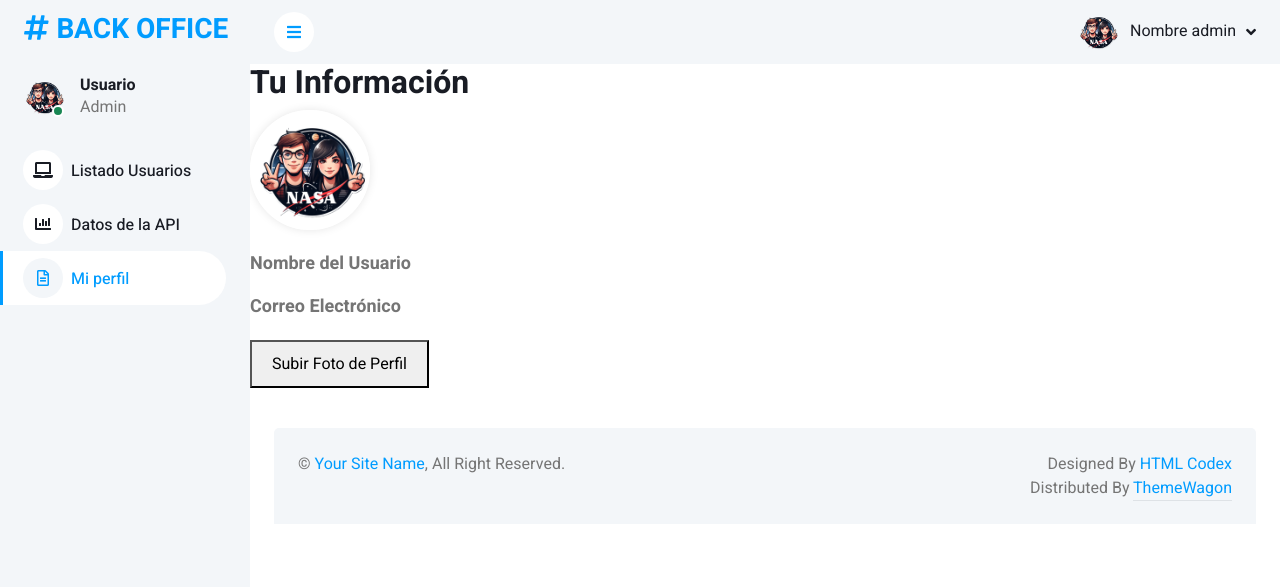
Repository: altamirano146080/CodigoSSI
Page: final/dashmin/perfilAdmin.html
The author's editor kept a copy of each file at every save. The page is drawn from the files as they stood at one save, then again after the next save.
The browser window is 1280 px wide. The pictures show the whole page.
Some web libraries are served in a nearby version.

Above is the page before, as saved 2024-12-03 10:21:24.
Console error: TypeError: Cannot read properties of undefined (reading 'getContext')

### final/dashmin/perfilAdmin.html
<!DOCTYPE html>
<html lang="en">

<head>
    <meta charset="utf-8">
    <title>DASHMIN - Bootstrap Admin Template</title>
    <meta content="width=device-width, initial-scale=1.0" name="viewport">
    <meta content="" name="keywords">
    <meta content="" name="description">

    <!-- Favicon -->
    <link href="img/favicon.ico" rel="icon">

    <!-- Google Web Fonts -->
    <link rel="preconnect" href="https://fonts.googleapis.com">
    <link rel="preconnect" href="https://fonts.gstatic.com" crossorigin>
    <link href="https://fonts.googleapis.com/css2?family=Heebo:wght@400;500;600;700&display=swap" rel="stylesheet">

    <!-- Icon Font Stylesheet -->
    <link href="https://cdnjs.cloudflare.com/ajax/libs/font-awesome/5.10.0/css/all.min.css" rel="stylesheet">
    <link href="https://cdn.jsdelivr.net/npm/bootstrap-icons@1.4.1/font/bootstrap-icons.css" rel="stylesheet">

    <!-- Libraries Stylesheet -->
    <link href="lib/owlcarousel/assets/owl.carousel.min.css" rel="stylesheet">
    <link href="lib/tempusdominus/css/tempusdominus-bootstrap-4.min.css" rel="stylesheet" />

    <!-- Customized Bootstrap Stylesheet -->
    <link href="css/bootstrap.min.css" rel="stylesheet">

    <!-- Template Stylesheet -->
    <link href="css/style.css" rel="stylesheet">
</head>

<body>
    <div class="container-xxl position-relative bg-white d-flex p-0">
        <!-- Spinner Start -->
        <div id="spinner"
            class="show bg-white position-fixed translate-middle w-100 vh-100 top-50 start-50 d-flex align-items-center justify-content-center">
            <div class="spinner-border text-primary" style="width: 3rem; height: 3rem;" role="status">
                <span class="sr-only">Loading...</span>
            </div>
        </div>
        <!-- Spinner End -->


        <!-- Sidebar Start -->
        <div class="sidebar pe-4 pb-3">
            <nav class="navbar bg-light navbar-light">
                <a href="menu.html" class="navbar-brand mx-4 mb-3">
                    <h3 class="text-primary"><i class="fa fa-hashtag me-2"></i>BACK OFFICE</h3>
                </a>
                <div class="d-flex align-items-center ms-4 mb-4">
                    <div class="position-relative">
                        <img class="rounded-circle" src="img/logo.png" alt="" style="width: 40px; height: 40px;">
                        <div
                            class="bg-success rounded-circle border border-2 border-white position-absolute end-0 bottom-0 p-1">
                        </div>
                    </div>
                    <div class="ms-3">
                        <h6 class="mb-0" id="username_display">Usuario</h6>
                        <span>Admin</span>
                    </div>
                </div>
                <div class="navbar-nav w-100">
                    <a href="menu.html" class="nav-item nav-link"><i class="fa fa-laptop me-2"></i>Listado Usuarios</a>
                    <!--
                    <div class="nav-item dropdown">
                        <a href="#" class="nav-link dropdown-toggle" data-bs-toggle="dropdown"><i class="fa fa-laptop me-2"></i>Datos de la API</a>
                        <div class="dropdown-menu bg-transparent border-0">
                            <a href="button.html" class="dropdown-item">Borrar información</a>
                            <a href="typography.html" class="dropdown-item">Rellenar información</a>
                        </div>
                    </div>
                    -->
                    <a href="datosAPI.html" class="nav-item nav-link"><i class="fa fa-chart-bar me-2"></i>Datos de la
                        API</a>
                    <a href="perfilAdmin.html" class="nav-item nav-link active"><i class="far fa-file-alt me-2"></i>Mi
                        perfil</a>
                </div>
            </nav>

        </div>
        <!-- Sidebar End -->


        <!-- Content Start -->
        <div class="content">
            <!-- Navbar Start -->
            <nav class="navbar navbar-expand bg-light navbar-light sticky-top px-4 py-0">
                <a href="menu.html" class="navbar-brand d-flex d-lg-none me-4">
                    <h2 class="text-primary mb-0"><i class="fa fa-hashtag"></i></h2>
                </a>
                <a href="#" class="sidebar-toggler flex-shrink-0">
                    <i class="fa fa-bars"></i>
                </a>
                <div class="navbar-nav align-items-center ms-auto">

                    <div class="nav-item dropdown">
                        <a href="#" class="nav-link dropdown-toggle" data-bs-toggle="dropdown">
                            <img class="rounded-circle me-lg-2" src="img/logo.png" alt=""
                                style="width: 40px; height: 40px;">
                                <span id="name_user" class="d-none d-lg-inline-flex">Nombre admin</span>
                            </a>
                        <div class="dropdown-menu dropdown-menu-end bg-light border-0 rounded-0 rounded-bottom m-0">

                            <div class="modal-header">
                                <h5 class="modal-title" id="changePasswordModalLabel"></h5>
                                <a href="perfilAdmin.html" class="dropdown-item">Cambiar mi contraseña

                                  <span aria-hidden="true">&times;</span>
                                </a>
                              </div>
                            <div class="modal-body">
                                <!-- Formulario para cambiar la contraseña -->
                                <!-- Formulario para cambiar la contraseña -->
                                <form id="changePasswordForm" action="../loginConMod/cambiarcontraseña.php" method="post">
                                  <div class="form-group">
                                    <label for="currentPassword">Contraseña actual</label>
                                    <input type="password" class="form-control" id="currentPassword" name="currentPassword" required>
                                  </div>
                                  <div class="form-group">
                                    <label for="newPassword">Nueva Contraseña</label>
                                    <input type="password" class="form-control" id="newPassword" name="newPassword" required>
                                  </div>
                                  <div class="form-group">
                                    <label for="confirmNewPassword">Confirmar Nueva Contraseña</label>
                                    <input type="password" class="form-control" id="confirmNewPassword" name="confirmNewPassword" required>
                                  </div>
                                  <button type="submit" class="btn btn-primary">Guardar Cambios</button>
                                </form>
                              </div>
                            <a href="../loginConMod/logout.php" class="dropdown-item">Log Out</a>
                        </div>
                    </div>
                </div>
            </nav>
            <!-- Navbar End -->


            <div class="heading_container">
                <h2>Tu Información</h2>
                <div class="user_info">
                    <img id="user_avatar" src="img/logo.png" alt="Foto de Perfil"
                        style="width: 120px; height: 120px; border-radius: 50%; border: 4px solid #fff; box-shadow: 0 0 10px rgba(0, 0, 0, 0.1);">
                    <div style="margin-top: 20px;">
                        <p style="font-size: 18px; font-weight: bold;">Nombre del Usuario</p>
                        <p id="user_name" style="font-size: 16px; margin-bottom: 10px;"></p>
                        <p style="font-size: 18px; font-weight: bold;">Correo Electrónico</p>
                        <p id="user_email" style="font-size: 16px;"></p>
                    </div>
                    <!-- Formulario para subir archivo -->
                    <form id="upload_form" action="upload.php" method="POST" enctype="multipart/form-data">
                        <div style="margin-top: 20px;">
                            <input type="file" name="profile_picture" id="image_upload" style="display: none;" accept="image/*">
                            <button type="button" onclick="document.getElementById('image_upload').click()" style="padding: 10px 20px; font-size: 16px; cursor: pointer;">Subir Foto de Perfil</button>
                            <p id="file_name" style="margin-top: 10px; font-size: 14px; color: gray;"></p>
                        </div>
                        <button type="submit" style="display: none;">Subir</button> <!-- Para enviar el formulario automáticamente si lo deseas -->
                    </form>
                </div>

                <script>
                    document.getElementById('image_upload').addEventListener('change', function (event) {
                        const file = event.target.files[0];
                        if (file) {
                            // Actualiza la imagen independientemente del tipo de archivo subido
                            const reader = new FileReader();
                            reader.onload = function (e) {
                                document.getElementById('user_avatar').src = e.target.result;
                                document.getElementById('file_name').textContent = `Archivo subido: ${file.name}`;
                                console.log("Archivo seleccionado:", file);  // Muestra el archivo en la consola
                                console.log("Imagen cargada desde FileReader:", e.target.result);  // Muestra el resultado de la carga de la imagen
                            };
                            reader.readAsDataURL(file);
                        }
                    });

                    // Enviar el formulario por AJAX para no recargar la página
                    document.getElementById('upload_form').addEventListener('submit', function (e) {
                        e.preventDefault();  // Evitar que el formulario se envíe de manera tradicional

                        // Crear un nuevo objeto FormData y añadir el archivo
                        const formData = new FormData(this);

                        // Usar fetch para enviar el archivo al servidor
                        fetch('upload.php', {
                            method: 'POST',
                            body: formData
                        })
                        .then(response => response.text())  // Obtener la respuesta como texto
                        .then(data => {
                            console.log("Respuesta de PHP:", data);  // Muestra la respuesta en la consola
                            alert(data);  // Opcional: Mostrar la respuesta en un cuadro de alerta
                        })
                        .catch(error => {
                            console.error("Error en la carga del archivo:", error);
                        });
                    });
                </script>






                <!-- Footer Start -->
                <div class="container-fluid pt-4 px-4">
                    <div class="bg-light rounded-top p-4">
                        <div class="row">
                            <div class="col-12 col-sm-6 text-center text-sm-start">
                                &copy; <a href="#">Your Site Name</a>, All Right Reserved.
                            </div>
                            <div class="col-12 col-sm-6 text-center text-sm-end">
                                <!--/*** This template is free as long as you keep the footer author’s credit link/attribution link/backlink. If you'd like to use the template without the footer author’s credit link/attribution link/backlink, you can purchase the Credit Removal License from "https://htmlcodex.com/credit-removal". Thank you for your support. ***/-->
                                Designed By <a href="https://htmlcodex.com">HTML Codex</a>
                                </br>
                                Distributed By <a class="border-bottom" href="https://themewagon.com"
                                    target="_blank">ThemeWagon</a>
                            </div>
                        </div>
                    </div>
                </div>
                <!-- Footer End -->
            </div>
            <!-- Content End -->


            <!-- Back to Top -->
            <a href="#" class="btn btn-lg btn-primary btn-lg-square back-to-top"><i class="bi bi-arrow-up"></i></a>
        </div>

        <!-- JavaScript Libraries -->
        <script src="https://code.jquery.com/jquery-3.4.1.min.js"></script>
        <script src="https://cdn.jsdelivr.net/npm/bootstrap@5.0.0/dist/js/bootstrap.bundle.min.js"></script>
        <script src="lib/chart/chart.min.js"></script>
        <script src="lib/easing/easing.min.js"></script>
        <script src="lib/waypoints/waypoints.min.js"></script>
        <script src="lib/owlcarousel/owl.carousel.min.js"></script>
        <script src="lib/tempusdominus/js/moment.min.js"></script>
        <script src="lib/tempusdominus/js/moment-timezone.min.js"></script>
        <script src="lib/tempusdominus/js/tempusdominus-bootstrap-4.min.js"></script>

        <!-- Template Javascript -->
        <script src="js/main.js"></script>
        <script>
            $(document).ready(function () {
              // Hacer una solicitud AJAX para obtener los datos del usuario
              $.ajax({
                url: '../ulio-html/obtener_usuario.php', // Ruta del archivo PHP que devuelve los datos del usuario
                type: 'GET',
                dataType: 'json',
                success: function (data) {
                  // Actualizar la información del usuario en el frontend
                  $('#user_avatar').attr('src', data.avatar); // Actualizar la imagen de perfil
                  $('#user_name').text(data.nombre); // Actualizar el nombre del usuario
                  $('#user_email').text(data.correo); // Actualizar el correo electrónico del usuario
                  $('#username_display').text(data.nombre); // Actualizar el nombre de usuario en el sidebar
                  $('#name_user').text(data.nombre); // Actualizar el nombre del usuario

                },
                error: function () {
                  // Manejar errores de la solicitud AJAX
                  alert('Error al obtener los datos del usuario.');
                }
              });
            });
          </script>
          <script>
            // Cuando se hace clic en el botón para cambiar la contraseña, se muestra el modal
            $('.change-password-btn').on('click', function () {
              $('#changePasswordModal').modal('show');
            });

            // Event listener para el envío del formulario de cambio de contraseña
            $('#changePasswordForm').on('submit', function (event) {
              event.preventDefault(); // Evita el envío del formulario por defecto

              // Obtener los datos del formulario
              var formData = $(this).serialize();

              // Enviar los datos del formulario mediante AJAX
              $.ajax({
                type: 'POST',
                url: $(this).attr('action'),
                data: formData,
                success: function (response) {
                  // Manejar la respuesta del servidor
                  alert(response); // Mostrar mensaje de éxito o error
                  $('#changePasswordModal').modal('hide'); // Ocultar el modal
                },
                error: function () {
                  // Manejar errores de la solicitud AJAX
                  alert('Error al enviar la solicitud.');
                }
              });
            });

        </script>
    </body>

</html>

### final/dashmin/css/style.css
/********** Template CSS **********/
:root {
    --primary: #009CFF;
    --light: #F3F6F9;
    --dark: #191C24;
}

.back-to-top {
    position: fixed;
    display: none;
    right: 45px;
    bottom: 45px;
    z-index: 99;
}


/*** Spinner ***/
#spinner {
    opacity: 0;
    visibility: hidden;
    transition: opacity .5s ease-out, visibility 0s linear .5s;
    z-index: 99999;
}

#spinner.show {
    transition: opacity .5s ease-out, visibility 0s linear 0s;
    visibility: visible;
    opacity: 1;
}


/*** Button ***/
.btn {
    transition: .5s;
}

.btn.btn-primary {
    color: #FFFFFF;
}

.btn-square {
    width: 38px;
    height: 38px;
}

.btn-sm-square {
    width: 32px;
    height: 32px;
}

.btn-lg-square {
    width: 48px;
    height: 48px;
}

.btn-square,
.btn-sm-square,
.btn-lg-square {
    padding: 0;
    display: inline-flex;
    align-items: center;
    justify-content: center;
    font-weight: normal;
    border-radius: 50px;
}


/*** Layout ***/
.sidebar {
    position: fixed;
    top: 0;
    left: 0;
    bottom: 0;
    width: 250px;
    height: 100vh;
    overflow-y: auto;
    background: var(--light);
    transition: 0.5s;
    z-index: 999;
}

.content {
    margin-left: 250px;
    min-height: 100vh;
    background: #FFFFFF;
    transition: 0.5s;
}

@media (min-width: 992px) {
    .sidebar {
        margin-left: 0;
    }

    .sidebar.open {
        margin-left: -250px;
    }

    .content {
        width: calc(100% - 250px);
    }

    .content.open {
        width: 100%;
        margin-left: 0;
    }
}

@media (max-width: 991.98px) {
    .sidebar {
        margin-left: -250px;
    }

    .sidebar.open {
        margin-left: 0;
    }

    .content {
        width: 100%;
        margin-left: 0;
    }
}


/*** Navbar ***/
.sidebar .navbar .navbar-nav .nav-link {
    padding: 7px 20px;
    color: var(--dark);
    font-weight: 500;
    border-left: 3px solid var(--light);
    border-radius: 0 30px 30px 0;
    outline: none;
}

.sidebar .navbar .navbar-nav .nav-link:hover,
.sidebar .navbar .navbar-nav .nav-link.active {
    color: var(--primary);
    background: #FFFFFF;
    border-color: var(--primary);
}

.sidebar .navbar .navbar-nav .nav-link i {
    width: 40px;
    height: 40px;
    display: inline-flex;
    align-items: center;
    justify-content: center;
    background: #FFFFFF;
    border-radius: 40px;
}

.sidebar .navbar .navbar-nav .nav-link:hover i,
.sidebar .navbar .navbar-nav .nav-link.active i {
    background: var(--light);
}

.sidebar .navbar .dropdown-toggle::after {
    position: absolute;
    top: 15px;
    right: 15px;
    border: none;
    content: "\f107";
    font-family: "Font Awesome 5 Free";
    font-weight: 900;
    transition: .5s;
}

.sidebar .navbar .dropdown-toggle[aria-expanded=true]::after {
    transform: rotate(-180deg);
}

.sidebar .navbar .dropdown-item {
    padding-left: 25px;
    border-radius: 0 30px 30px 0;
}

.content .navbar .navbar-nav .nav-link {
    margin-left: 25px;
    padding: 12px 0;
    color: var(--dark);
    outline: none;
}

.content .navbar .navbar-nav .nav-link:hover,
.content .navbar .navbar-nav .nav-link.active {
    color: var(--primary);
}

.content .navbar .sidebar-toggler,
.content .navbar .navbar-nav .nav-link i {
    width: 40px;
    height: 40px;
    display: inline-flex;
    align-items: center;
    justify-content: center;
    background: #FFFFFF;
    border-radius: 40px;
}

.content .navbar .dropdown-toggle::after {
    margin-left: 6px;
    vertical-align: middle;
    border: none;
    content: "\f107";
    font-family: "Font Awesome 5 Free";
    font-weight: 900;
    transition: .5s;
}

.content .navbar .dropdown-toggle[aria-expanded=true]::after {
    transform: rotate(-180deg);
}

@media (max-width: 575.98px) {
    .content .navbar .navbar-nav .nav-link {
        margin-left: 15px;
    }
}


/*** Date Picker ***/
.bootstrap-datetimepicker-widget.bottom {
    top: auto !important;
}

.bootstrap-datetimepicker-widget .table * {
    border-bottom-width: 0px;
}

.bootstrap-datetimepicker-widget .table th {
    font-weight: 500;
}

.bootstrap-datetimepicker-widget.dropdown-menu {
    padding: 10px;
    border-radius: 2px;
}

.bootstrap-datetimepicker-widget table td.active,
.bootstrap-datetimepicker-widget table td.active:hover {
    background: var(--primary);
}

.bootstrap-datetimepicker-widget table td.today::before {
    border-bottom-color: var(--primary);
}


/*** Testimonial ***/
.progress .progress-bar {
    width: 0px;
    transition: 2s;
}


/*** Testimonial ***/
.testimonial-carousel .owl-dots {
    margin-top: 24px;
    display: flex;
    align-items: flex-end;
    justify-content: center;
}

.testimonial-carousel .owl-dot {
    position: relative;
    display: inline-block;
    margin: 0 5px;
    width: 15px;
    height: 15px;
    border: 5px solid var(--primary);
    border-radius: 15px;
    transition: .5s;
}

.testimonial-carousel .owl-dot.active {
    background: var(--dark);
    border-color: var(--primary);
}

Loaded but not shown: final/dashmin/lib/owlcarousel/assets/owl.carousel.min.css (common file); final/dashmin/lib/tempusdominus/css/tempusdominus-bootstrap-4.min.css (library); final/dashmin/css/bootstrap.min.css (library); final/dashmin/lib/chart/chart.min.js (library); final/dashmin/lib/easing/easing.min.js (common file); final/dashmin/lib/waypoints/waypoints.min.js (library); final/dashmin/lib/owlcarousel/owl.carousel.min.js (library); final/dashmin/lib/tempusdominus/js/moment.min.js (library); final/dashmin/lib/tempusdominus/js/moment-timezone.min.js (library); final/dashmin/lib/tempusdominus/js/tempusdominus-bootstrap-4.min.js (library); final/dashmin/js/main.js (206 lines, source omitted)

After the next save:
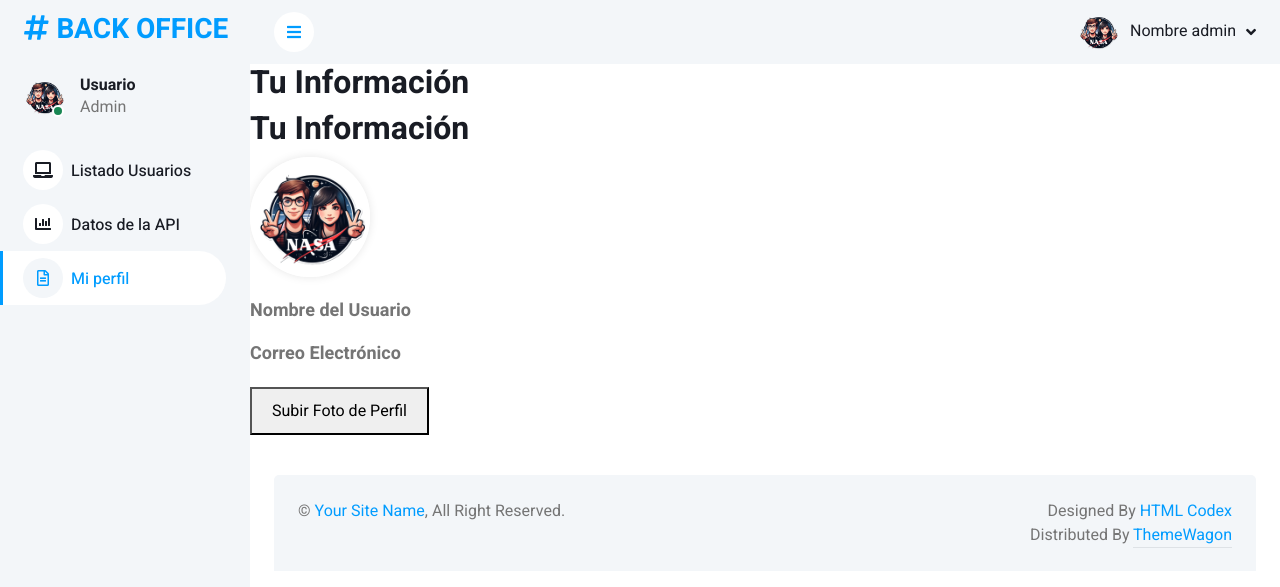
Saved 2 min 27 s later.
--- a/final/dashmin/perfilAdmin.html
+++ b/final/dashmin/perfilAdmin.html
@@ -139,6 +139,7 @@
 
             <div class="heading_container">
                 <h2>Tu Información</h2>
+                <h2>Tu Información</h2>
                 <div class="user_info">
                     <img id="user_avatar" src="img/logo.png" alt="Foto de Perfil"
                         style="width: 120px; height: 120px; border-radius: 50%; border: 4px solid #fff; box-shadow: 0 0 10px rgba(0, 0, 0, 0.1);">
@@ -178,6 +179,8 @@
                     // Enviar el formulario por AJAX para no recargar la página
                     document.getElementById('upload_form').addEventListener('submit', function (e) {
                         e.preventDefault();  // Evitar que el formulario se envíe de manera tradicional
+
+                        console.log("Formulario enviado a través de AJAX.");
 
                         // Crear un nuevo objeto FormData y añadir el archivo
                         const formData = new FormData(this);
